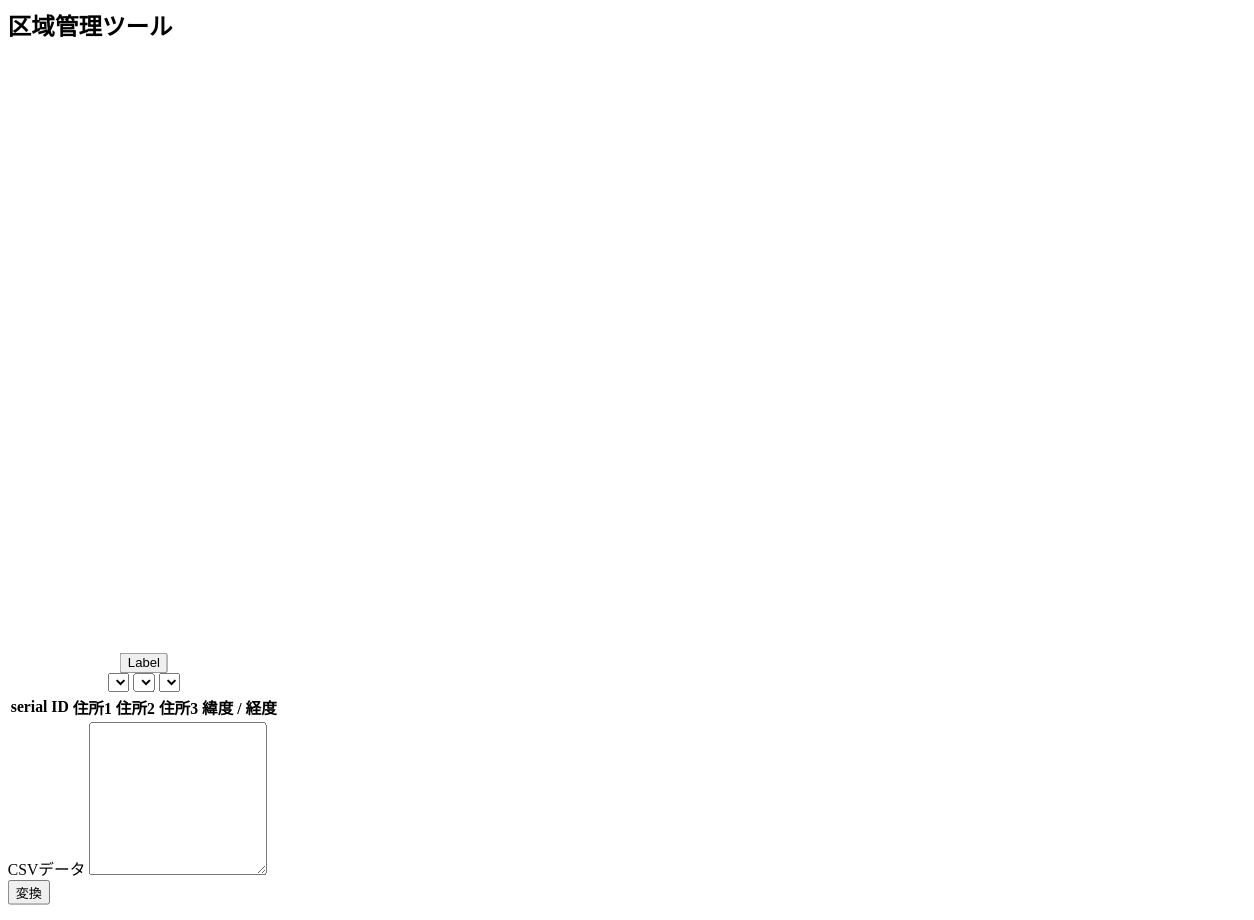
Repository: wadolsh/ykcapp
Page: app/views/kmt.html
The author's editor kept a record of every edit. The page is drawn from the files as they stood at one moment, then again after the next edit.
The browser window is 1280 px wide. The pictures show the whole page, at 98% of full size.

Above is the page before.

After the next edit:
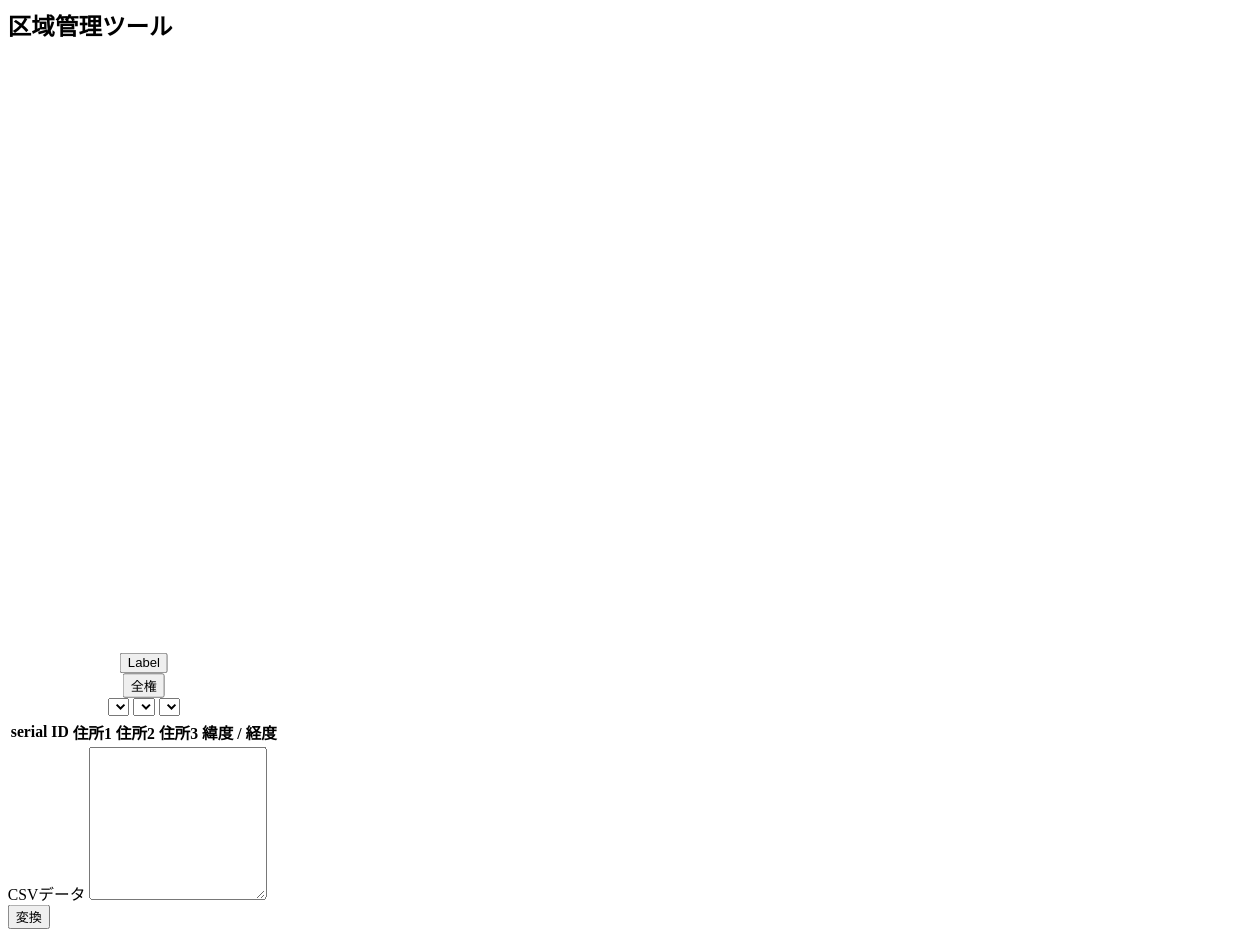
The edit:
--- a/app/views/kmt.html
+++ b/app/views/kmt.html
@@ -27,6 +27,9 @@
         <th colspan="6">
           <div class="btn-group btn-group-sm">
             <button type="button" class="btn btn-default ng-class:{active:showLabel}" ng-click="changeLabel()">Label</button>
+          </div>
+          <div class="btn-group btn-group-sm">
+            <button type="button" class="btn btn-default" ng-click="areaOption1 = null">全権</button>
           </div>
           <select ng-model="areaSelect1" ng-options="key as key for (key, value) in areaOption1"></select>
           <select ng-model="areaSelect2" ng-options="key as key for (key, value) in areaOption2"></select>
